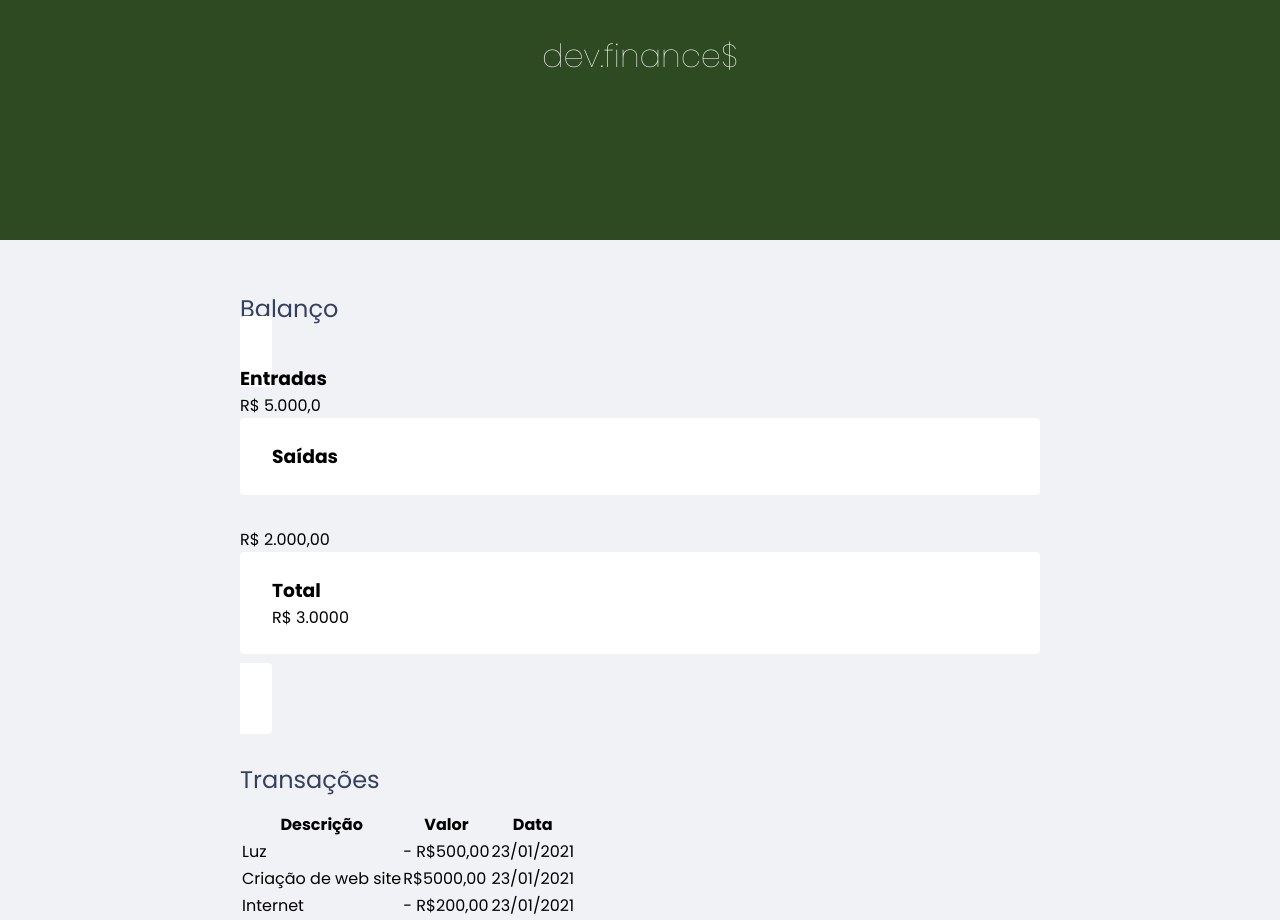
Repository: rafaelmgr12/maratona-dev01
Page: index.html
The author's editor kept a copy of each file at every save. The page is drawn from the files as they stood at one save, then again after the next save.
The browser window is 1280 px wide. The pictures show the whole page.

Above is the page before, as saved 2021-04-26 20:30:50.

### index.html
<!DOCTYPE html>
<html lang="pt-br">
  <head>
    <meta charset="UTF-8" />
    <meta http-equiv="X-UA-Compatible" content="IE=edge" />
    <meta name="viewport" content="width=device-width, initial-scale=1.0" />
    <title>Rafael-app.finance$</title>
    <link rel="stylesheet" href="style.css">
    <link rel="preconnect" href="https://fonts.gstatic.com">
    <link href="https://fonts.googleapis.com/css2?family=Poppins:ital,wght@0,100;0,400;0,700;1,100;1,400;1,700&display=swap" rel="stylesheet">
  </head>
  <body>
    <header><h1 id = "logo">dev.finance$</h1></header>
    <main class = "container">
      <section id="balance">
        <h2>Balanço</h2>
        <divc class = "card">
          <h3>Entradas</h3>
          <p>R$ 5.000,0</p>
        </div>
        <div>
          <h3 class = "card">Saídas</h3>
          <p>R$ 2.000,00</p>
        </div>
        <div class="card">
          <h3>Total</h3>
          <p>R$ 3.0000</p>
        </div>
      </section>
      <section id = "transaction">
        <h2>Transações</h2>
        <table id= "data-table">
          <thead>
            <tr>
              <th>Descrição</th>
              <th>Valor</th>
              <th>Data</th>
            </tr>
          </thead>
          <tbody>
            <tr>
              <td>Luz</td>
              <td>- R$500,00</td>
              <td>23/01/2021</td>
            </tr>
            <tr>
              <td>Criação de web site</td>
              <td>R$5000,00</td>
              <td>23/01/2021</td>
            </tr>
            <tr>
              <td>Internet</td>
              <td>- R$200,00</td>
              <td>23/01/2021</td>
            </tr>
          </tbody>
        </table>
      </section>
    </main>
    <footer></footer>
  </body>
</html>

### style.css
/* Global ======================================== */

* {
  margin: 0;
  padding: 0;
  box-sizing: border-box;
}

body {
  background: #f0f2f5;
  font-family: "Poppins", sans-serif;
}
.container {
  width: min(90vw, 800px);
  margin: auto;
}
/* Titles ======================================== */
h2 {
  margin-top: 3.2rem;
  margin-bottom: 0.8rem;
  color: #363f5f;

  font-weight: normal;
}

/* Header ======================================== */
header {
  background: #2d4a22;
  padding: 2rem 0 10rem;
  text-align: center;
}

#logo {
  color: #fff;
  font-weight: 100;
}

/* Balance ======================================== */
balance {
  margin-top: -8rem;
}

balance h2 {
  color: white;
  margin-top: 0;
}

/* Cards ======================================== */

.card {
  background: white;
  padding : 1.5rem 2rem;
  border-radius : 0.25rem;

  margin-bottom: 2rem;
}

/* footer ======================================== */
footer {
  text-align: center;
}

After the next save:
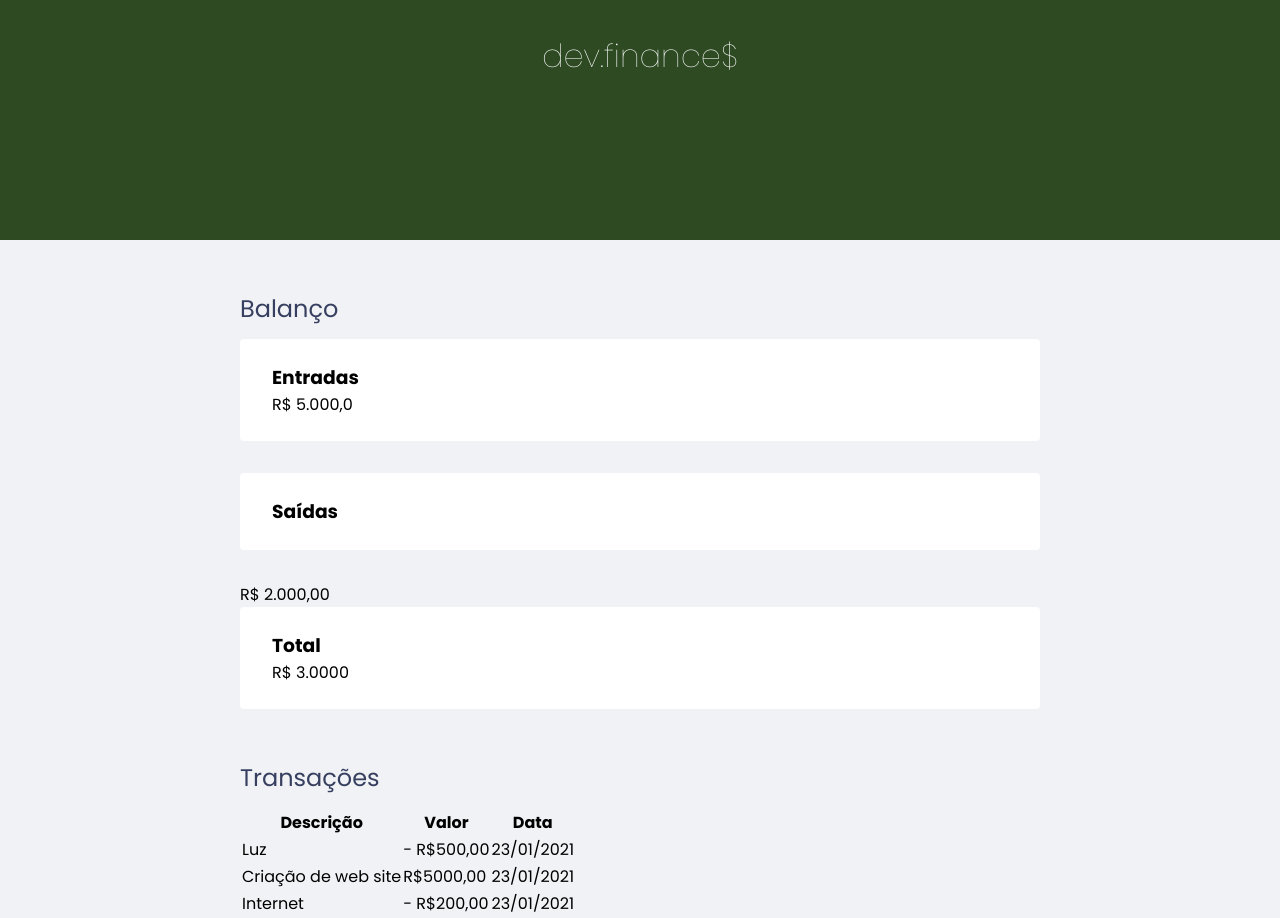
Saved 84 s later.
--- a/index.html
+++ b/index.html
@@ -14,7 +14,7 @@
     <main class = "container">
       <section id="balance">
         <h2>Balanço</h2>
-        <divc class = "card">
+        <div class = "card">
           <h3>Entradas</h3>
           <p>R$ 5.000,0</p>
         </div>

After the save that followed:
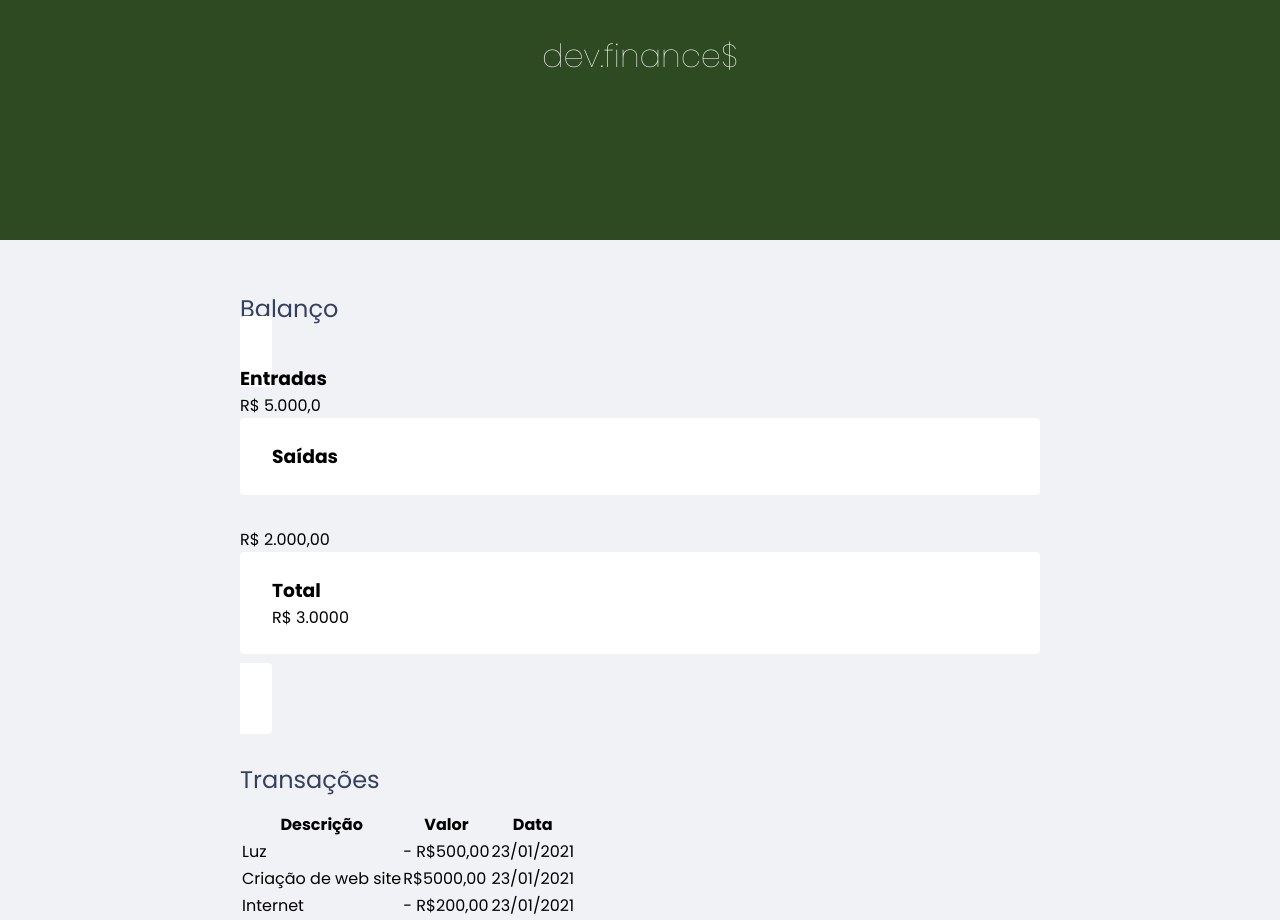
Saved 40 s later.
--- a/index.html
+++ b/index.html
@@ -14,7 +14,7 @@
     <main class = "container">
       <section id="balance">
         <h2>Balanço</h2>
-        <div class = "card">
+        <divc class = "card">
           <h3>Entradas</h3>
           <p>R$ 5.000,0</p>
         </div>
